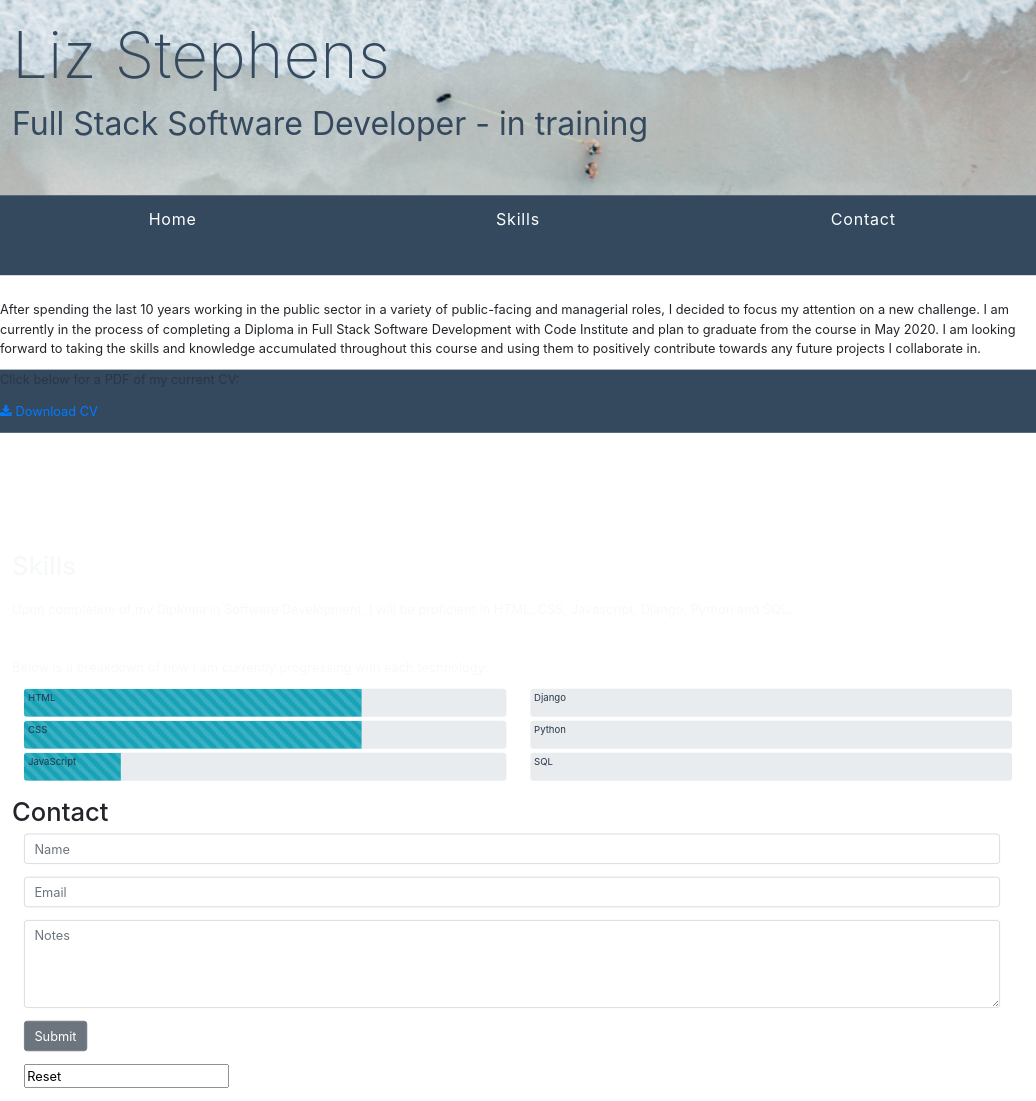
Repository: Liz94688/portfolio-site
Page: index.html
The author's editor kept a record of every edit. The page is drawn from the files as they stood at one moment, then again after the next edit.
The browser window is 1280 px wide. The page is 1295 px wide, so the pictures cover 1295 px, including what lies to the right of the window. The pictures show the whole page, at 80% of full size.

Above is the page before.

After the next edit:
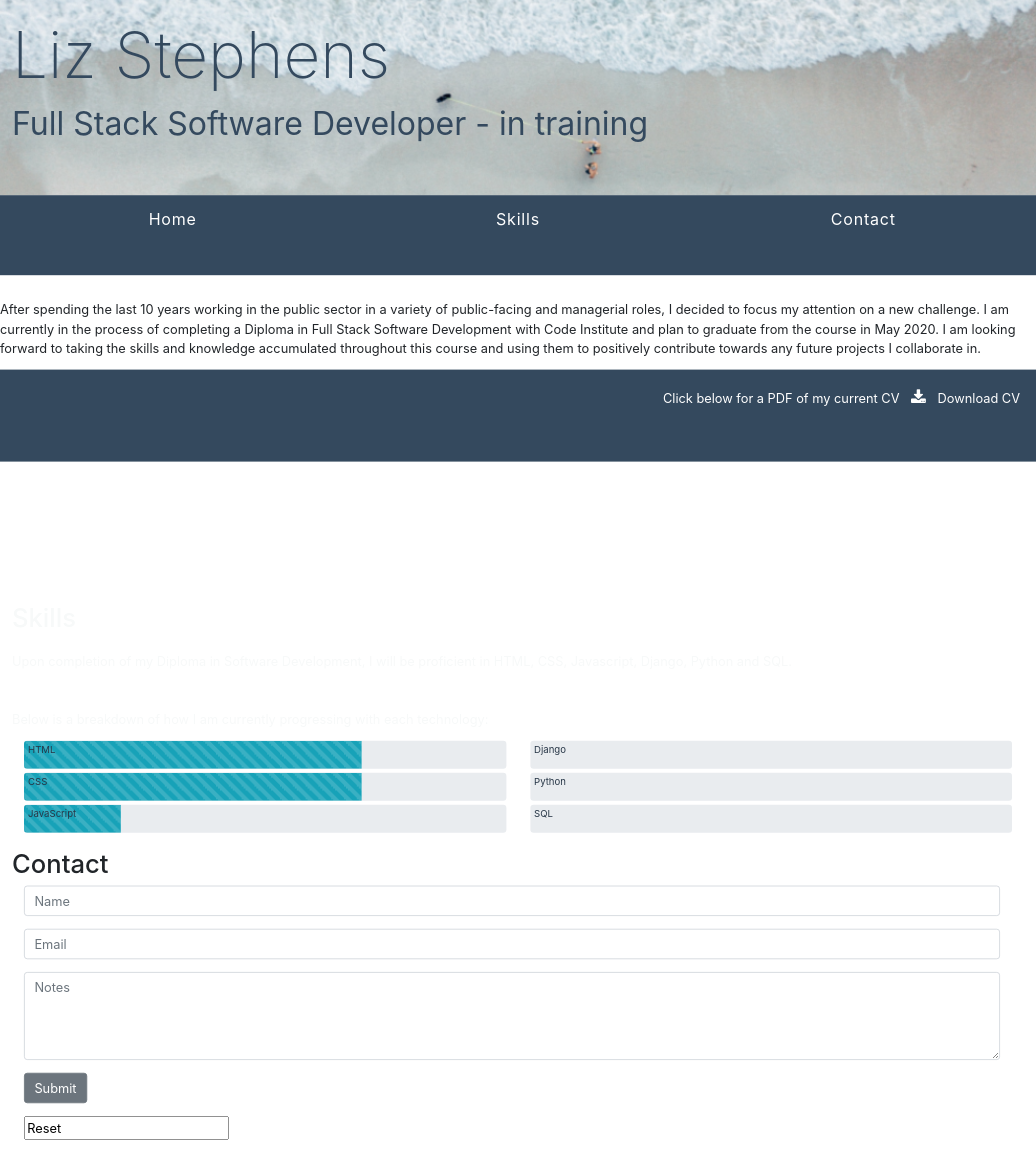
The edit:
--- a/index.html
+++ b/index.html
@@ -43,19 +43,19 @@
 
 
 
-After spending the last 10 years working in the public sector in a variety of public-facing and managerial roles, I decided to focus my attention on a new challenge.
-
-I am currently in the process of completing a Diploma in Full Stack Software Development with Code Institute and plan to graduate from the course in May 2020. I am looking forward to taking the skills and knowledge accumulated throughout this course and
-                    using them to positively contribute towards any future projects I collaborate in.
+        After spending the last 10 years working in the public sector in a variety of public-facing and managerial roles, I decided to focus my attention on a new challenge. I am currently in the process of completing a Diploma in Full Stack Software Development
+        with Code Institute and plan to graduate from the course in May 2020. I am looking forward to taking the skills and knowledge accumulated throughout this course and using them to positively contribute towards any future projects I collaborate
+        in.
 
 
 
     </section>
     <footer>
         <div class="row footer-nav">
-            <div class="col">
-                <p>Click below for a PDF of my current CV: </p>
-                <a href="#"><i class="fa fa-download" aria-hidden="true"></i><span> Download CV </span></a>
+            <div class="col footer-nav-item">
+                <p>Click below for a PDF of my current CV
+                    <a href="#" target="_blank" class="download-icon"><i class="fa fa-download" aria-hidden="true"></i><span> Download CV </span></a>
+                </p>
             </div>
         </div>
     </footer>
